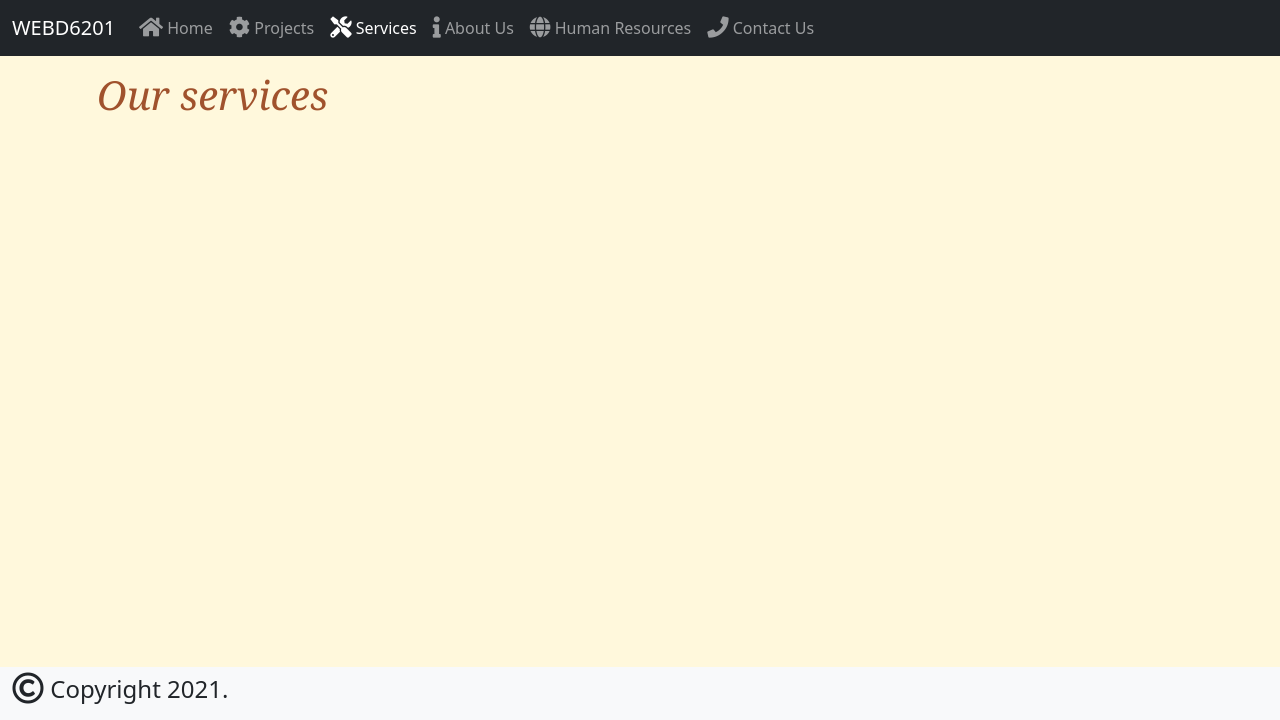
Repository: YiuWingLau/WEBD6201-W2021-Lab1
Page: services.html
An editor plug-in stored every save of this project. The page is shown before and after the next save, followed by the edit.
The browser window is 1280 px wide. The pictures show the whole page.

Above is the page before, as saved 2021-02-04 22:09:04.
Console error: ReferenceError: service is not defined

### services.html
<!DOCTYPE html>
<html lang="en">
<head>
    <meta charset="UTF-8">
    <meta name="viewport" content="width=device-width, initial-scale=1.0">
    <title>Services</title>

    <!--CSS Section -->
    <link rel="stylesheet" href="./node_modules/bootstrap/dist/css/bootstrap.min.css">
    <link rel="stylesheet" href="./node_modules/@fortawesome//fontawesome-free/css/all.min.css">
    <link rel="stylesheet" href="./Content/app.css">
</head>
<body>
    <!-- Main Header-->
    <header>
      <!-- Main Navigation-->
      <nav class="navbar navbar-expand-lg navbar-dark bg-dark">
          <div class="container-fluid">
            <a class="navbar-brand" href="index.html">WEBD6201</a>
            <button class="navbar-toggler" type="button" data-bs-toggle="collapse" data-bs-target="#navbarSupportedContent" aria-controls="navbarSupportedContent" aria-expanded="false" aria-label="Toggle navigation">
              <span class="navbar-toggler-icon"></span>
            </button>
            <div class="collapse navbar-collapse" id="navbarSupportedContent">
              <ul class="navbar-nav me-auto mb-2 mb-lg-0">

                <li id="navBarIndex" class="nav-item">
                  <a class="nav-link" aria-current="page" href="index.html"><i class="fas fa-home fa-lg"></i> Home</a>
                </li>

                <li id="navBarProjects" class="nav-item">
                  <a class="nav-link" aria-current="page" href="products.html"><i class="fas fa-cog fa-lg"></i> Products</a>
                </li>

                <li id="navBarServices" class="nav-item">
                  <a class="nav-link active" aria-current="page" href="services.html"><i class="fas fa-tools fa-lg"></i> Services</a>
                </li>

                <li id="navBarAboutUs" class="nav-item">
                  <a class="nav-link" aria-current="page" href="about.html"><i class="fas fa-info fa-lg"></i> About Us</a>
                </li>

                <li id="navBarContactUs" class="nav-item">
                  <a class="nav-link" aria-current="page" href="contact.html"><i class="fas fa-phone fa-lg"></i> Contact Us</a>
                </li>

              </ul>
            </div>
          </div>
      </nav>
  </header>
    <main class="container">
    </main>

    <footer>
        <nav class="navbar fixed-bottom navbar-light bg-light">
            <div class="container-fluid">
              <h4><i class="far fa-copyright fa-lg"></i> Copyright 2021.</a></h4>
            </div>
        </nav>
    </footer>
    <!-- JavaScript Section -->
    <script src="./node_modules/jquery/dist/jquery.min.js"></script>
    <script src="./node_modules/bootstrap/dist/js/bootstrap.bundle.min.js"></script>
    <script src="./Scripts/app.js"></script>
</body>
</html>

### Content/app.css
h1 {
    padding: 15px;
    color: sienna;
    font-family: Cambria, Cochin, Georgia, Times, 'Times New Roman', serif;
    font-style: italic;
}

p {
    padding: 15px;
    color: blue;
    font-family:Cambria, Cochin, Georgia, Times, 'Times New Roman', serif;
    font-style: italic;
    font-size: 25px;
    text-align: justify;
}

body {
    background-color: cornsilk;
}

#homePicture {
    width: 1000px;
    height: 600px;
}

#favImage {

    width: 250px;
    height: 150px;
}

### Scripts/app.js
/* custom JavaScript goes here */

//IIFE - Immediately Invoked Function Expression
//AKA - Anonymous Self-Executing Function
//Closure - limits scope leak

"use strict";

(function()
{
    function displayHome()
    {
      // create heading element
      let homeHeading = document.createElement("h1");
      // configure the element
      homeHeading.setAttribute("id", "homeHeading");
      homeHeading.textContent = "Welcome to WEBD6201";
      // select the parent element
      let mainContent = document.getElementsByTagName("main")[0];
      // Add / Insert the element
      mainContent.appendChild(homeHeading);

      // inject the background image to the home pageinject the background image to the home page
        let myhomebackground = document.createElement("img");
        myhomebackground.setAttribute("id", "homePicture");
        myhomebackground.setAttribute("src", "./images/homepagebackground.jpg");
        myhomebackground.setAttribute("alt", "Computer Programmer");
        mainContent.appendChild(myhomebackground);

        // inject the first paragraph to the home page
        let newParagraph = document.createElement("p");
        newParagraph.setAttribute("id", "paragraphTwo");
        newParagraph.textContent = "We provide the best programming service for you...";
        mainContent.appendChild(newParagraph);
    }

    function displayAbout()
    {
        //create new element Human Resources
        let myPicture = document.createElement("img");
        myPicture.setAttribute("id", "myImage");
        myPicture.setAttribute("src", "./images/img_me.jpg");
        myPicture.setAttribute("alt", "Nelson Lau");
        myPicture.setAttribute("width", "192");
        myPicture.setAttribute("height", "108");

        // Step 1. document.createElement
        let ParagraphOne = document.createElement("p");
        // Step 2. configure the element
        ParagraphOne.setAttribute("id", "myIntroduction");
        ParagraphOne.textContent = "Here are my favourite projects.";
        // Step 3. select the parent element
        let mainContent = document.getElementsByTagName("main")[0];
        mainContent.appendChild(myPicture);
        // Step 4. Add / Insert the element
        mainContent.appendChild(ParagraphOne);
        ParagraphOne.className = "fs-lg";

    }

    function displayProjects()
    {
      // create and add heading to Projects page
      let projectHeading = document.createElement("h1");
      projectHeading.setAttribute("id", "projectHeading");
      projectHeading.textContent = " My favourite projects";
      let mainContent = document.getElementsByTagName("main")[0];
      mainContent.appendChild(projectHeading);


      // create favorite projects element div tag
      let project = document.createElement("table");
      //project.setAttribute("class", "container");
      project.setAttribute("id", "project");
      mainContent.appendChild(project);

      // create & insert 1st favorite project detail
      let projectOne = document.createElement("tr");
      //projectOne.setAttribute("class", "row");
      projectOne.setAttribute("id", "projectOne");
      projectOne.innerHTML = `<td><img id="favImage" src="./images/hardware.jpg" alt="computer hardware"></td>
                              <td class="col-8"><p> We have a great knowledge on building a computer up below 5 minutes.</p></td>`;
      project.appendChild(projectOne);

      // create & insert 2nd favorite project detail
      let projectTwo = document.createElement("tr");
      //projectTwo.setAttribute("class", "row");
      projectTwo.setAttribute("id", "projectTwo");
      projectTwo.innerHTML = `<td><img id="favImage" src="./images/mainframe.jpg" alt="mainframe development"></td>
                              <td><p> We have successfully to help several companies building up their mainframe systems.</p></td>`;
      project.appendChild(projectTwo);

      // create & insert 2nd favorite project detail
      let projectThree = document.createElement("tr");
      //projectThree.setAttribute("class", "row");
      projectThree.setAttribute("id", "projectThree");
      projectThree.innerHTML = `<td><img id="favImage" src="./images/networking.jpg" alt="computer networking"></td>
                                <td><p> We have successfully to help several companies building up their network.</p></td>`;
      project.appendChild(projectThree);
    }

    function displayHumanResources()
    {

    }

    function displayServices()
    {
      // create and add heading to Projects page
      let serviceHeading = document.createElement("h1");
      serviceHeading.setAttribute("id", "projectHeading");
      serviceHeading.textContent = " Our services";
      let mainContent = document.getElementsByTagName("main")[0];
      mainContent.appendChild(serviceHeading);


      // create favorite service element div tag
      //let service = document.createElement("table");
      //service.setAttribute("class", "container");
     // service.setAttribute("id", "service");
      //mainContent.appendChild(service);

      // create & insert 1st favorite service detail
      let serviceOne = document.createElement("div");
      //serviceOne.setAttribute("class", "row");
      serviceOne.setAttribute("id", "serviceOne");
      serviceOne.innerHTML = `<div class="col-6"><img id="favImage" src="./images/hardware.jpg" alt="computer hardware"></div>
                              <div class="col-6"><p> We have a great knowledge on building a computer up below 5 minutes.</p></div>`;
      service.appendChild(serviceOne);

      // create & insert 2nd favorite service detail
      let serviceTwo = document.createElement("tr");
      //serviceTwo.setAttribute("class", "row");
      serviceTwo.setAttribute("id", "serviceTwo");
      serviceTwo.innerHTML = `<td><img id="favImage" src="./images/mainframe.jpg" alt="mainframe development"></td>
                              <td><p> We have successfully to help several companies building up their mainframe systems.</p></td>`;
      project.appendChild(serviceTwo);

      // create & insert 2nd favorite service detail
      let serviceThree = document.createElement("tr");
      //serviceThree.setAttribute("class", "row");
      serviceThree.setAttribute("id", "serviceThree");
      serviceThree.innerHTML = `<td><img id="favImage" src="./images/networking.jpg" alt="computer networking"></td>
                                <td><p> We have successfully to help several companies building up their network.</p></td>`;
      service.appendChild(serviceThree);
    }

    function displayContact()
    {
        let messageArea = document.getElementById("messageArea");
        messageArea.hidden = true;

        // form validation
        let fullName = document.getElementById("fullName");
        fullName.addEventListener("blur", function() {
            if(fullName.value.length < 2)
            {
                fullName.focus();
                fullName.select();
                messageArea.hidden = false;
                messageArea.className = "alert alert-danger";
                messageArea.textContent = "Please enter an appropriate Name";
            }
            else
            {
                messageArea.removeAttribute("class");
                messageArea.hidden = true;
            }
        });

        let sendButton = document.getElementById("sendButton");
        sendButton.addEventListener("click", function(event){
            //event.preventDefault();

            let contact = new Contact(fullName.value, contactNumber.value, emailAddress.value);

            if(contact.serialize())
            {
              localStorage.setItem((localStorage.length + 1).toString(), contact.serialize());
            }

        });
    }

    function displayContactList()
    {
      if (localStorage.length > 0)
      {
        let contactList = document.getElementById("contactList");

        let data = "";

        for (let index = 0; index < localStorage.length; index++)
        {
          let contactData = localStorage.getItem((index + 1).toString());

          let contact = new Contact();
          contact.deserialize(contactData);

          data += `<tr>
          <th scope="row">${index + 1}</th>
          <td>${contact.FullName}</td>
          <td>${contact.ContactNumber}</td>
          <td>${contact.EmailAddress}</td>
        </tr>`;
        }

        contactList.innerHTML = data;
      }
    }

    // function to correct the wrong link and text content in navigation bar
    function changeNavBarName()
    {
        let navName = document.getElementById("navBarProjects");
        navName.innerHTML = `<a class='nav-link' aria-current='page' href='projects.html'><i class="fas fa-cog fa-lg"></i> Projects</a>`;
    }

    // function to add Human Resource element to Nav Bar between About Us and Contact Us
    function addNewNavBarElement()
    {
        //create new element Human Resources
        let newListElement = document.createElement("li");
        newListElement.setAttribute("id", "navBarHumanResources");
        newListElement.setAttribute("class", "nav-item");
        newListElement.innerHTML = `<a class='nav-link' aria-current='page' href='Human-Resources.html'><i class="fas fa-globe fa-lg"></i> Human Resources</a>`;
        // append new element after About Us
        let aboutUsListElement = document.getElementById("navBarAboutUs");
        aboutUsListElement.after(newListElement);
    }

    function Start()
    {
        console.log("App Started...");

        changeNavBarName();

        addNewNavBarElement();

        switch (document.title)
        {
          case "Home":
              displayHome();
            break;
          case "About":
              displayAbout();
            break;
          case "Projects":
              displayProjects();
            break;
          case "Human Resources":
              displayHumanResources();
            break;
          case "Services":
              displayServices();
            break;
          case "Contact":
              displayContact();
            break;
          case "Contact-List":
            displayContactList();
          break;
        }

    }

    window.addEventListener("load", Start);

})();

Loaded but not shown: node_modules/bootstrap/dist/css/bootstrap.min.css (library); node_modules/@fortawesome/fontawesome-free/css/all.min.css (library); node_modules/jquery/dist/jquery.min.js (library); node_modules/bootstrap/dist/js/bootstrap.bundle.min.js (library)

After the next save:
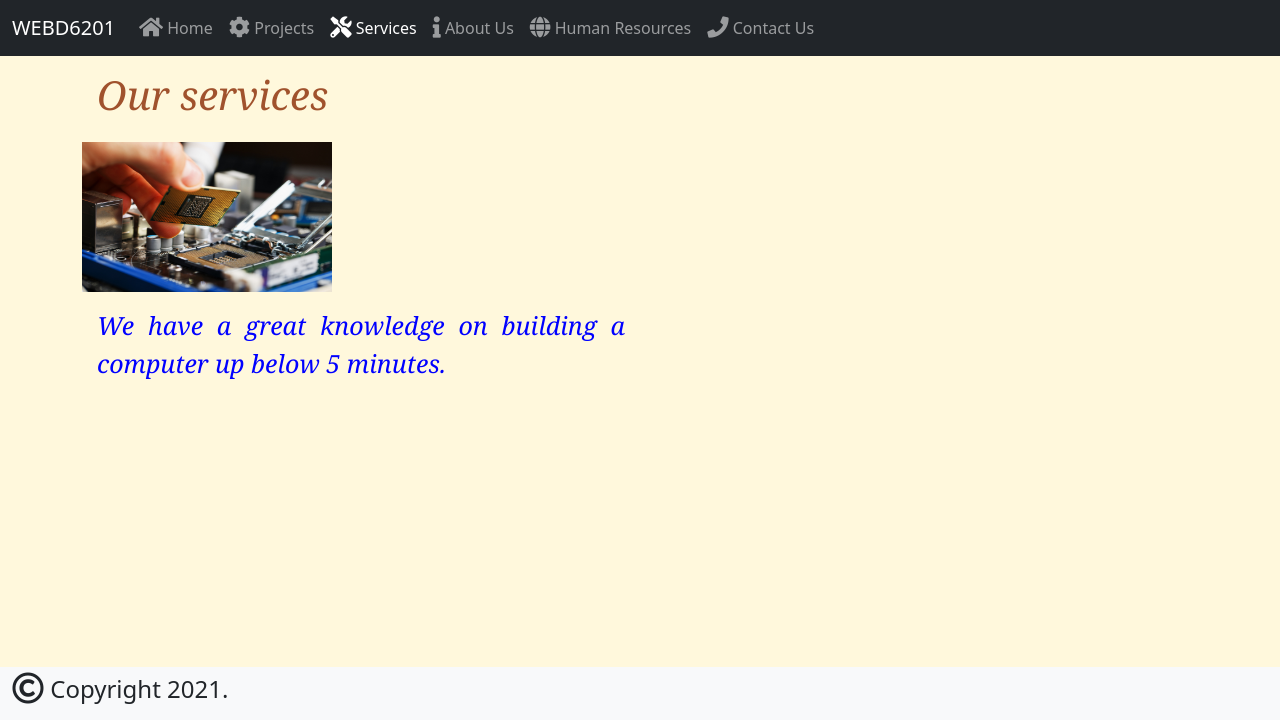
Console error: ReferenceError: project is not defined
Saved 79 s later.
--- a/Scripts/app.js
+++ b/Scripts/app.js
@@ -108,7 +108,7 @@
     {
       // create and add heading to Projects page
       let serviceHeading = document.createElement("h1");
-      serviceHeading.setAttribute("id", "projectHeading");
+      serviceHeading.setAttribute("id", "serviceHeading");
       serviceHeading.textContent = " Our services";
       let mainContent = document.getElementsByTagName("main")[0];
       mainContent.appendChild(serviceHeading);
@@ -126,7 +126,7 @@
       serviceOne.setAttribute("id", "serviceOne");
       serviceOne.innerHTML = `<div class="col-6"><img id="favImage" src="./images/hardware.jpg" alt="computer hardware"></div>
                               <div class="col-6"><p> We have a great knowledge on building a computer up below 5 minutes.</p></div>`;
-      service.appendChild(serviceOne);
+                              mainContent.appendChild(serviceOne);
 
       // create & insert 2nd favorite service detail
       let serviceTwo = document.createElement("tr");
